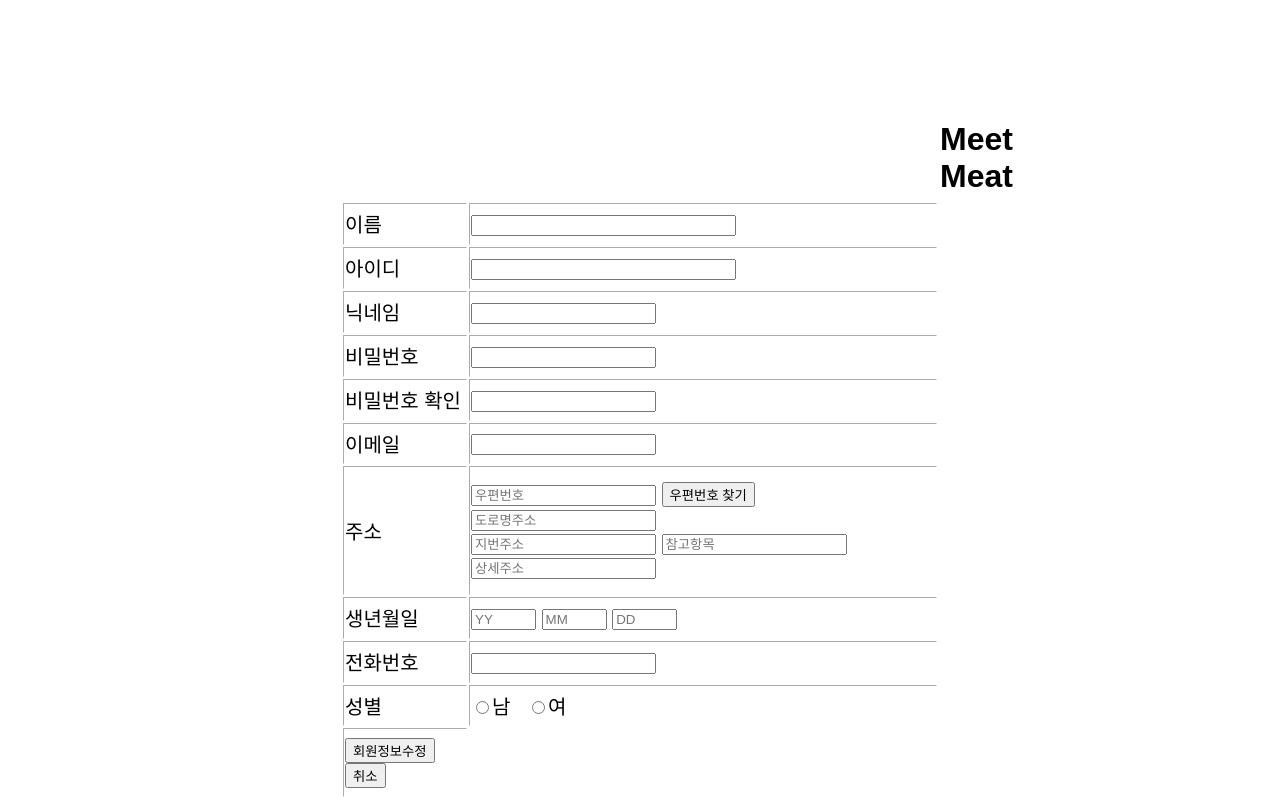
Repository: KOOBONMOO/koo
Page: http://localhost/portfolio/Member/memberModify.jsp
These files come from the project's save history. The page is drawn as it stood at one moment and after the next save; the edit follows.
The browser window is 1280 px wide. The pictures show the whole page.
Some web fonts or font styles are not loaded; a fallback is used. The page is served by Tomcat 9. Other server files are loaded and not shown.

Above is the page before, as saved 2020-11-17 05:57:21.

### portfolio/WebContent/Member/memberModify.jsp
<%@ page language="java" contentType="text/html; charset=UTF-8"
    pageEncoding="UTF-8"%>
 <%@ taglib uri="http://java.sun.com/jsp/jstl/core" prefix="c" %>

<!DOCTYPE html>
<html>
<head>
<meta charset="UTF-8">
<meta name="description" content="HTML Study">
<meta name="keywords" content="HTML,CSS,XML,JavaScript">
<meta name="author" content="Bruce">
<meta name="viewport" content="width=device-width, initial-scale=1.0">
<title>회원정보수정!!!</title>
<link href="../css/memberRegister.css" rel="stylesheet" type="text/css">
</head>
<body>
	<header>
		<h1 align="center">
			<a href="../main/main.jsp">Meet<br>Meat
			</a>
		</h1>
		<form action="memberModifyOK.do" method="post">
		<table border="1">
		<tr>
			<td>이름</td>
			<td><input type="text" name="name" size="30" value="${userInfo.name}" readonly></td>
		</tr>
		<tr>
			<td>아이디</td>
			<td><input type="text" name="id" size="30" value="${userInfo.id }" readonly><br /></td>
		</tr>
		<tr>
			<td>닉네임</td>
			<td><input type="text" name="nickname" size="20" value="${userInfo.nickname }"><br /></td>
		</tr>
		<tr>
			<td>비밀번호</td>
			<td><input type="password" name="pw" size="20"></td>
		</tr>
		<tr>
			<td>비밀번호 확인</td>
			<td><input type="password" name="pw2" size="20"></td>
		</tr>
		<tr>
			<td>이메일</td>
			<td><input type="email" name="email" size="20" value="${userInfo.email }"></td>
		</tr>
		<tr>
			<td>주소</td>
			<td>
				<input type="text" id="sample4_postcode" placeholder="우편번호" name="postcode" value="${userInfo.postcode }" readonly>
				<input type="button" onclick="sample4_execDaumPostcode()" value="우편번호 찾기">
				<input type="text" id="sample4_roadAddress" placeholder="도로명주소" name="roadAddress" value="${userInfo.roadAddress }">
			<br>
				<input type="text" id="sample4_jibunAddress" placeholder="지번주소" name="jibunAddress" value="${userInfo.jibunAddress }">
				<span id="guide" style="color:#999;display:none"></span>
				<input type="text" id="sample4_extraAddress" placeholder="참고항목" name="extraAddress" value="${userInfo.extraAddress }">
				<input type="text" id="sample4_detailAddress" placeholder="상세주소" name="detailAddress" value="${userInfo.detailAddress }">
			</td>
		</tr>
		<tr>
			<td>생년월일</td>
			<td>
				<input type="text" placeholder="YY" name="birthYear" size="5" max="4">
				<input type="text" placeholder="MM" name="birthMonth" size="5" max="12">
				<input type="text" placeholder="DD" name="birthDate"size="5" max="31">
			</td>
		</tr>
		<tr>
			<td>전화번호</td>
			<td>
				<input type="text" name="cellphone" value="${userInfo.cellphone }">
			</td>
		</tr>
		<tr>
			<td>성별</td>
			<td>
				<input type="radio" name="gender" value="male" ${userInfo.gender eq 'male' ? 'checked':''}>남 &nbsp;
				<input type="radio" name="gender" value="female" <c:if test="${userInfo.gender eq 'female'}"> checked </c:if> >여
			</td>
		</tr>
		<tr>
			<td>
				<input type="submit" value="회원정보수정"> <input type="reset" value="취소">
			</td>
		</tr>
		</table>
	</form>
	</header>
	<script src="https://t1.daumcdn.net/mapjsapi/bundle/postcode/prod/postcode.v2.js"></script>
	<script src= "../js/memberRegister.js"></script>
</body>
</html>

### portfolio/WebContent/css/memberRegister.css
@import url('common.css');

body {

}

header {

}

header>h1 {
text-align:center;
	position: absolute;
	left: 940px;
	top: 100px;
	display: block;
	font-size: 2em;
	margin-block-start: 0.67em;
	margin-block-end: 0.67em;
	margin-inline-start: 0px;
	margin-inline-end: 0px;
	font-weight: bold;
}

header form {
	font-size: 20px;
}

header form table {
	position: relative;
	margin: 0 auto;
	width: 600px;
	height: 600px;
	top: 200px;
	border: 1px solid white;
	align: center;
}

### portfolio/WebContent/js/memberRegister.js
function sample4_execDaumPostcode() {
    new daum.Postcode({
        oncomplete: function(data) {
            var roadAddr = data.roadAddress;
            var extraRoadAddr = '';

            if(data.bname !== '' && /[동|로|가]$/g.test(data.bname)){
                extraRoadAddr += data.bname;
            }
            if(data.buildingName !== '' && data.apartment === 'Y'){
               extraRoadAddr += (extraRoadAddr !== '' ? ', ' + data.buildingName : data.buildingName);
            }
            if(extraRoadAddr !== ''){
                extraRoadAddr = ' (' + extraRoadAddr + ')';
            }

            document.getElementById('sample4_postcode').value = data.zonecode;
            document.getElementById("sample4_roadAddress").value = roadAddr;
            document.getElementById("sample4_jibunAddress").value = data.jibunAddress;

            if(roadAddr !== ''){
                document.getElementById("sample4_extraAddress").value = extraRoadAddr;
            } else {
                document.getElementById("sample4_extraAddress").value = '';
            }

            var guideTextBox = document.getElementById("guide");
            if(data.autoRoadAddress) {
                var expRoadAddr = data.autoRoadAddress + extraRoadAddr;
                guideTextBox.innerHTML = '(예상 도로명 주소 : ' + expRoadAddr + ')';
                guideTextBox.style.display = 'block';

            } else if(data.autoJibunAddress) {
                var expJibunAddr = data.autoJibunAddress;
                guideTextBox.innerHTML = '(예상 지번 주소 : ' + expJibunAddr + ')';
                guideTextBox.style.display = 'block';
            } else {
                guideTextBox.innerHTML = '';
                guideTextBox.style.display = 'none';
            }
        }
    }).open();
}

### portfolio/WebContent/css/common.css
@import url('https://fonts.googleapis.com/css2?family=Sunflower:wght@300&display=swap');


* {
    font-family: 'Permanent Marker';
    font-family: 'Sunflower', sans-serif;
}


html,
body {
    margin: 0;
}

ul,
li {
    margin: 0;
    padding: 0;
    list-style: none;
}

h1,
h2,
h3,
h4,
h5,
h6,
figure,
figcaption {
    margin: 0;
    padding: 0;
}

a {
    text-decoration: none;
    color: #000;
}

* {
    box-sizing: border-box;
}

After the next save:
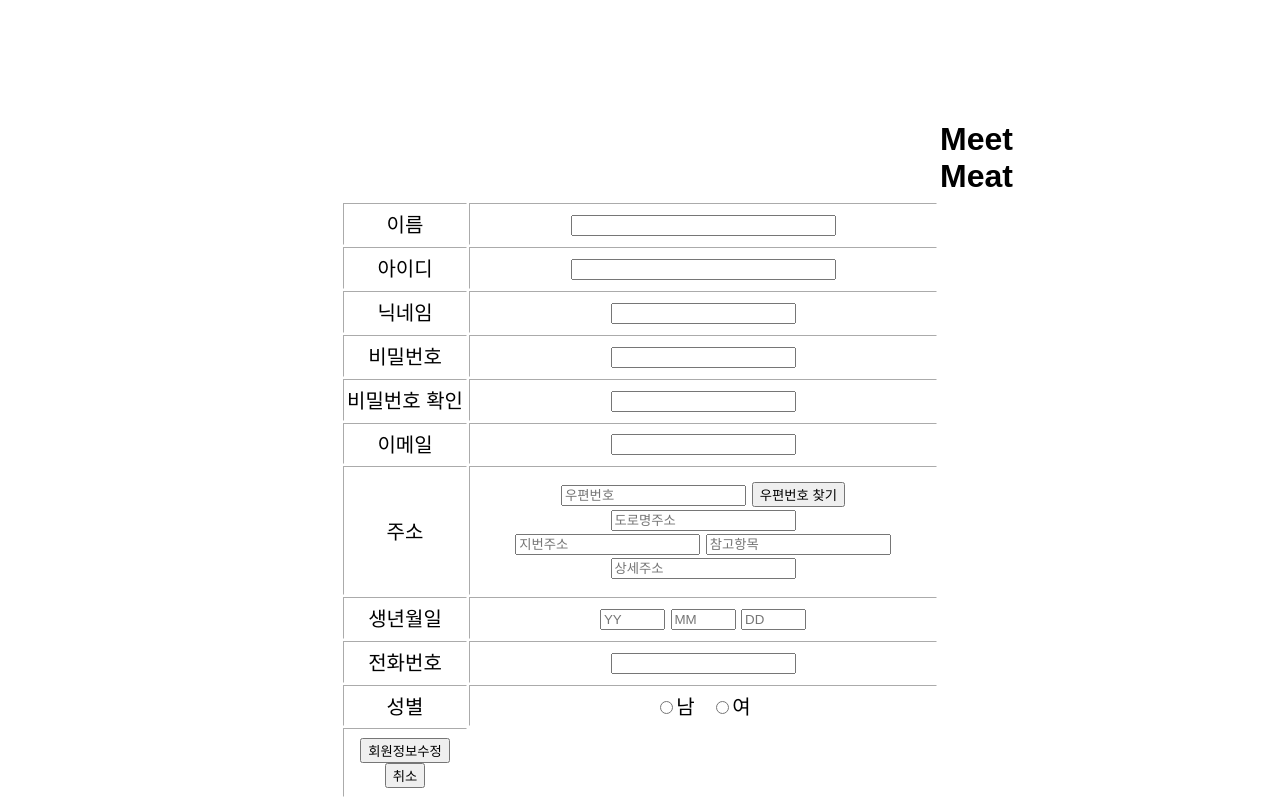
Saved 13 s later.
--- a/portfolio/WebContent/css/memberRegister.css
+++ b/portfolio/WebContent/css/memberRegister.css
@@ -33,5 +33,5 @@ header form table {
 	height: 600px;
 	top: 200px;
 	border: 1px solid white;
-	align: center;
+	text-align: center;
 }
